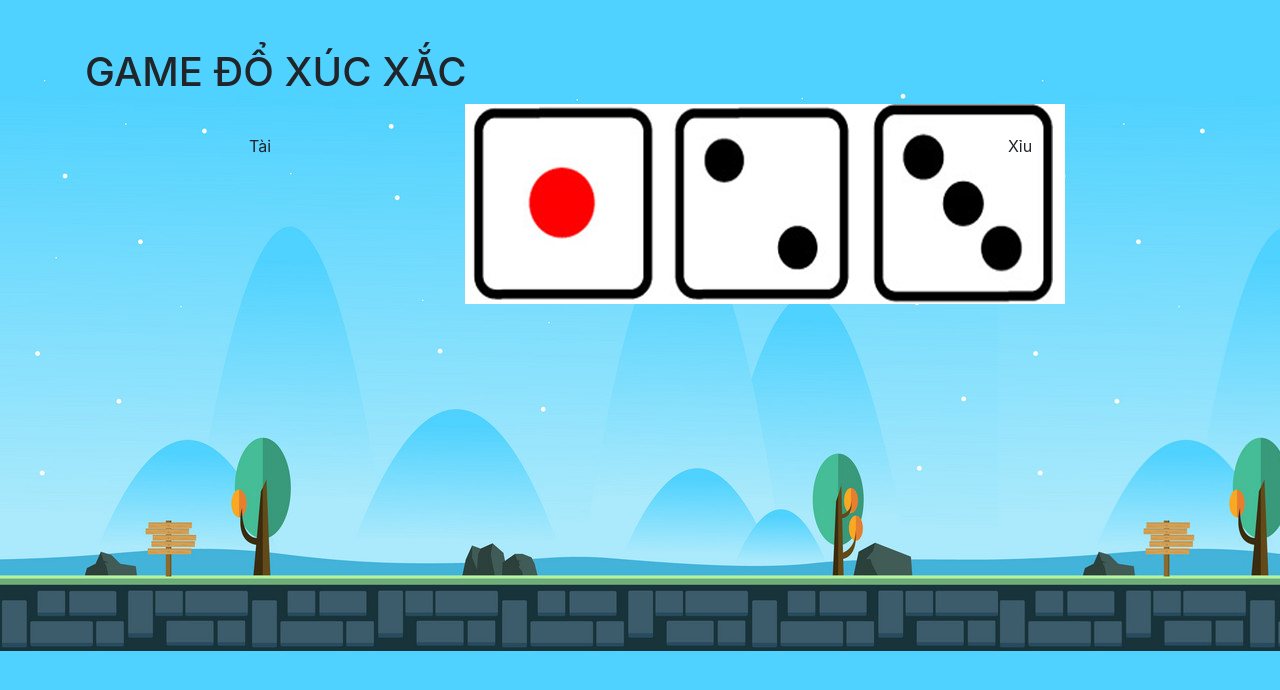
Repository: dovanthao2404/game-xuc-sac
Page: /
An editor plug-in stored every save of this project. The page is shown before and after the next save, followed by the edit.
The browser window is 1280 px wide. The pictures show the whole page.
The project was rebuilt for these pictures with package versions that can differ from the ones it lists, and the page was loaded fresh each time.

Above is the page before, as saved 2021-09-11 13:06:45.

### public/index.html
<!DOCTYPE html>
<html lang="en">

<head>
  <meta charset="utf-8" />
  <link rel="icon" href="%PUBLIC_URL%/favicon.ico" />
  <meta name="viewport" content="width=device-width, initial-scale=1" />
  <meta name="theme-color" content="#000000" />
  <meta name="description" content="Web site created using create-react-app" />
  <link rel="apple-touch-icon" href="%PUBLIC_URL%/logo192.png" />
  <link rel="manifest" href="%PUBLIC_URL%/manifest.json" />
  <title>React App</title>
  <link rel="stylesheet" href="https://cdn.jsdelivr.net/npm/bootstrap@4.6.0/dist/css/bootstrap.min.css"
    integrity="sha384-B0vP5xmATw1+K9KRQjQERJvTumQW0nPEzvF6L/Z6nronJ3oUOFUFpCjEUQouq2+l" crossorigin="anonymous">
  <link rel="stylesheet" href="%PUBLIC_URL%/css/style.css">
</head>

<body>
  <noscript>You need to enable JavaScript to run this app.</noscript>
  <div id="root"></div>
</body>

</html>

### src/index.css
body {
  margin: 0;
  padding: 0;
  box-sizing: border-box;
  font-family: -apple-system, BlinkMacSystemFont, 'Segoe UI', 'Roboto', 'Oxygen',
    'Ubuntu', 'Cantarell', 'Fira Sans', 'Droid Sans', 'Helvetica Neue',
    sans-serif;
  -webkit-font-smoothing: antialiased;
  -moz-osx-font-smoothing: grayscale;
}

code {
  font-family: source-code-pro, Menlo, Monaco, Consolas, 'Courier New',
    monospace;
}

### src/App.js


function App() {
  return (
    <div className="main">
      <div className="container mt-5">
        <div className="title">
          <h1>GAME ĐỔ XÚC XẮC</h1>
        </div>
        <div>
          <div class="row justify-content-between">
            <div className="col-4">
              <div className="type d-flex justify-content-center align-items-center">
                <span>Tài</span>
              </div>
            </div>
            <div className="col-4">
              <div className="d-flex">
                <img src="./images/1.png" alt="" />
                <img src="./images/2.png" alt="" />
                <img src="./images/3.png" alt="" />
              </div>
            </div>
            <div className="col-4">
              <div className="type d-flex justify-content-center align-items-center">
                <span>Xỉu</span>
              </div>
            </div>
          </div>
        </div>
      </div>
    </div>
  );
}

export default App;

### public/css/style.css
.main {
  background-image: url(./../images/bgGame.png);
  top: 0;
  left:0;
  right: 0;
  bottom: 0;
  display: block;
  position: absolute;
  z-index: -10;
}

.type span{
  display: block;
  padding: 30px
  /* background: */
}

Loaded but not shown: src/index.js (common file); src/reportWebVitals.js (common file)

After the next save:
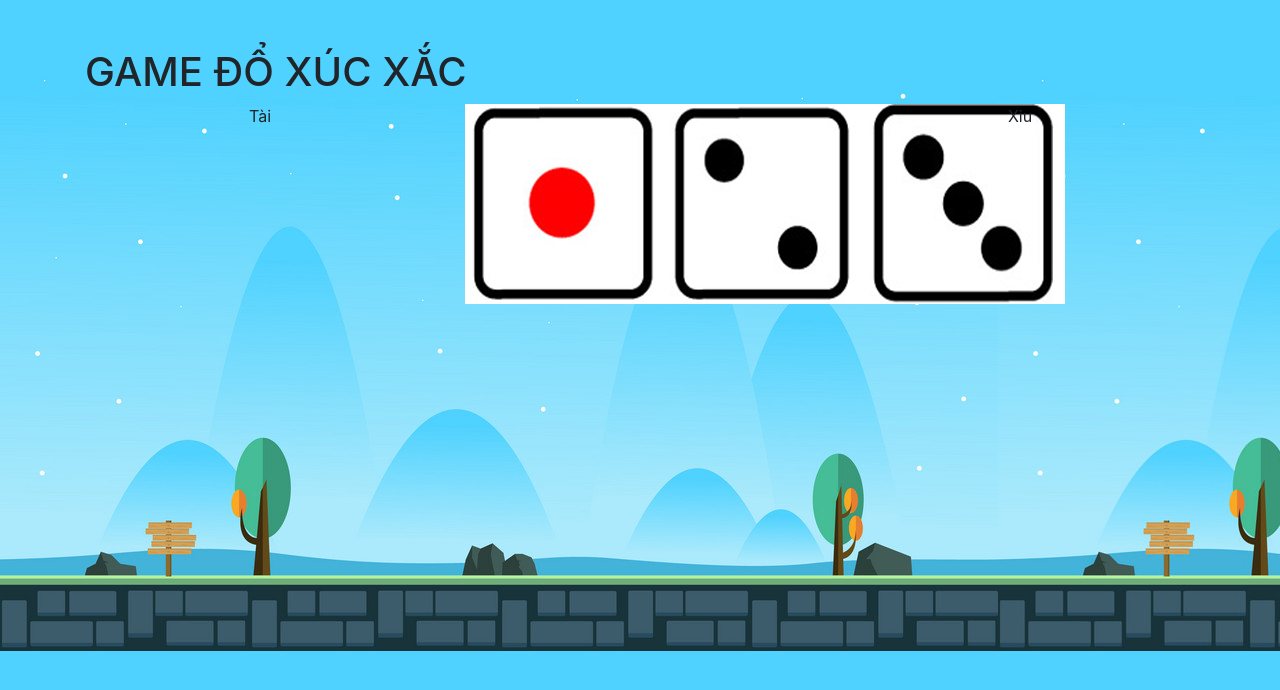
Saved 12 s later.
--- a/public/css/style.css
+++ b/public/css/style.css
@@ -12,5 +12,5 @@
 .type span{
   display: block;
   padding: 30px
-  /* background: */
+  background:
 }
